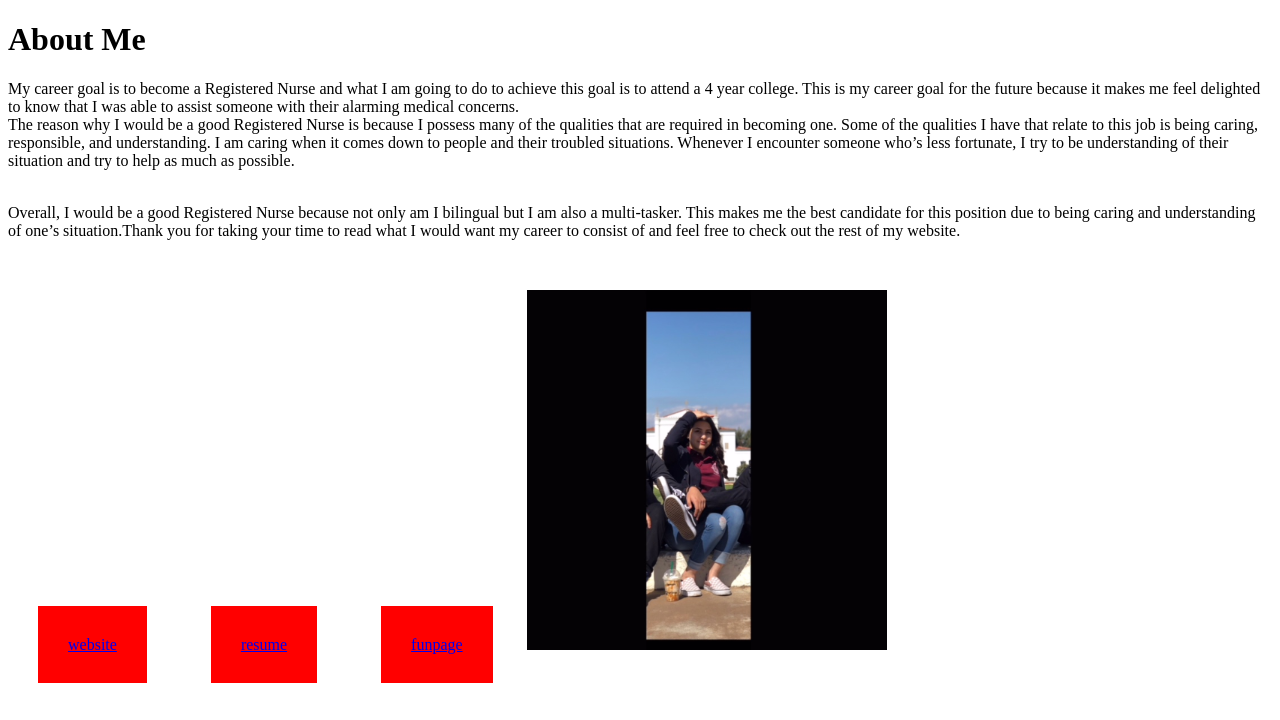
Repository: kasandrab/kasandrab.github.io
Page: aboutme.html
The author's editor kept a record of every edit. The page is drawn from the files as they stood at one moment, then again after the next edit.
The browser window is 1280 px wide. The pictures show the whole page.

Above is the page before.

### aboutme.html
<!DOCTYPE html>
<html>
<head>
  <title>About Me</title>
  <meta charset="utf-8"/>
  <link rel="stylesheet" type="text/css" href="style.css">
</head>
<h1>About Me</h1>

<body>
<p>My career goal is to become a Registered Nurse and what I am going to do to achieve this goal is to attend a 4 year college. This is my career goal for the future because it makes me feel delighted to know that I was able to assist someone with their alarming medical concerns.<br >


The reason why I would be a good Registered Nurse is because I possess many of the qualities that are required in becoming one. Some of the qualities I have that relate to this job is being caring, responsible, and understanding. I am caring when it comes down to people and their troubled situations. Whenever I encounter someone who’s less fortunate, I try to be understanding of their situation and try to help as much as possible.</p><br>


Overall, I would be a good Registered Nurse because not only am I bilingual but I am also a multi-tasker. This makes me the best candidate for this position due to being caring and understanding of one’s situation.Thank you for taking your time to read what I would want my career to consist of and feel free to check out the rest of my website.</p><br>

</p>


    <a href="website.html"> website</a>
    <a href="resume.html">resume</a>
    <a href="funpage.html">funpage</a>


     <img src="image.JPG"

   </html>

### style.css

a {
    padding:30px;
    margin:30px;
    background-color: red;
}

After the next edit:
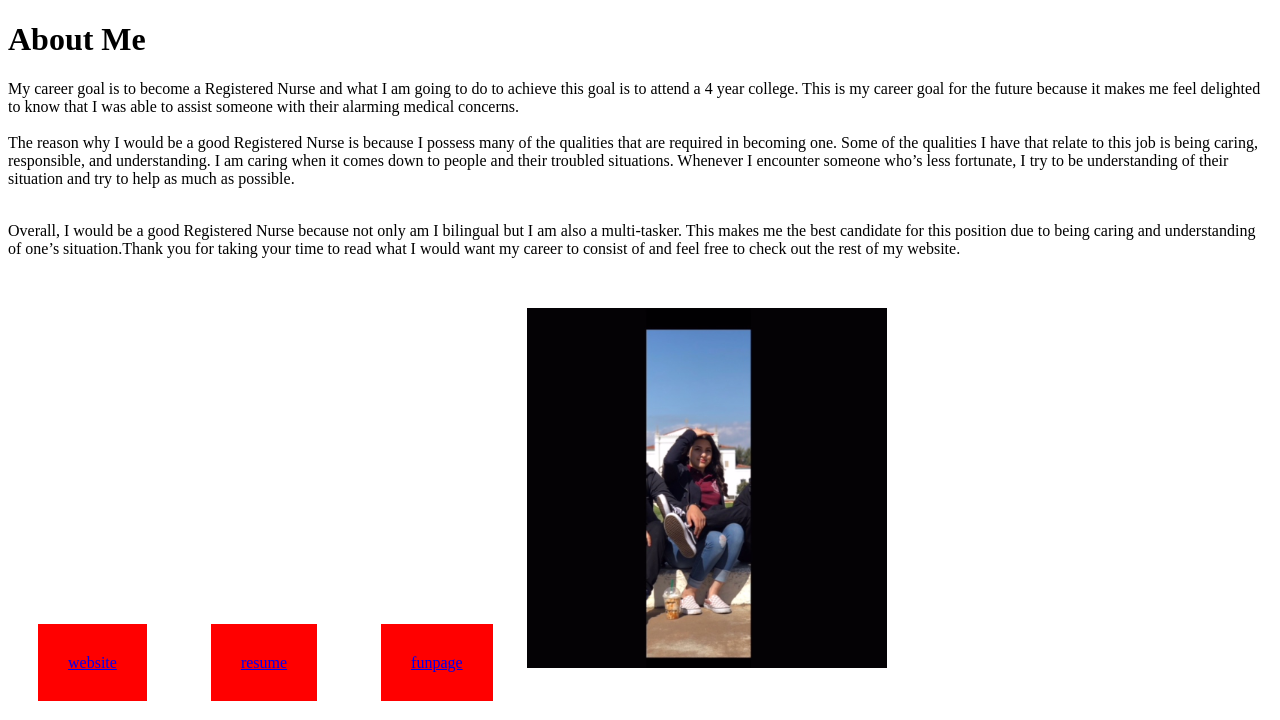
The edit:
--- a/aboutme.html
+++ b/aboutme.html
@@ -8,7 +8,7 @@
 <h1>About Me</h1>
 
 <body>
-<p>My career goal is to become a Registered Nurse and what I am going to do to achieve this goal is to attend a 4 year college. This is my career goal for the future because it makes me feel delighted to know that I was able to assist someone with their alarming medical concerns.<br >
+<p>My career goal is to become a Registered Nurse and what I am going to do to achieve this goal is to attend a 4 year college. This is my career goal for the future because it makes me feel delighted to know that I was able to assist someone with their alarming medical concerns.<br /> <br />
 
 
 The reason why I would be a good Registered Nurse is because I possess many of the qualities that are required in becoming one. Some of the qualities I have that relate to this job is being caring, responsible, and understanding. I am caring when it comes down to people and their troubled situations. Whenever I encounter someone who’s less fortunate, I try to be understanding of their situation and try to help as much as possible.</p><br>
